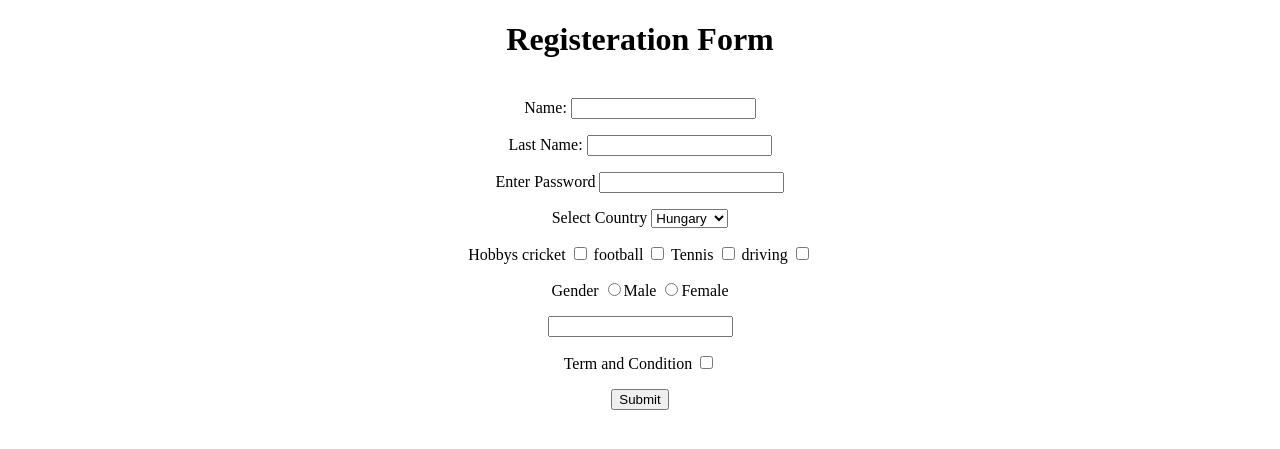
Repository: DevKhanHassam/SpringMvc
Page: http://localhost/formPractice/WEB-INF/views/form.jsp
An editor plug-in stored every save of this project. The page is shown before and after the next save, followed by the edit.
The browser window is 1280 px wide. The pictures show the whole page.
The page is served by Tomcat 9. Nobody is signed in. The template is opened directly, without the code that normally fills it, so the values that code supplies are empty.

Above is the page before, as saved 2024-05-18 16:14:10.

After the next save:
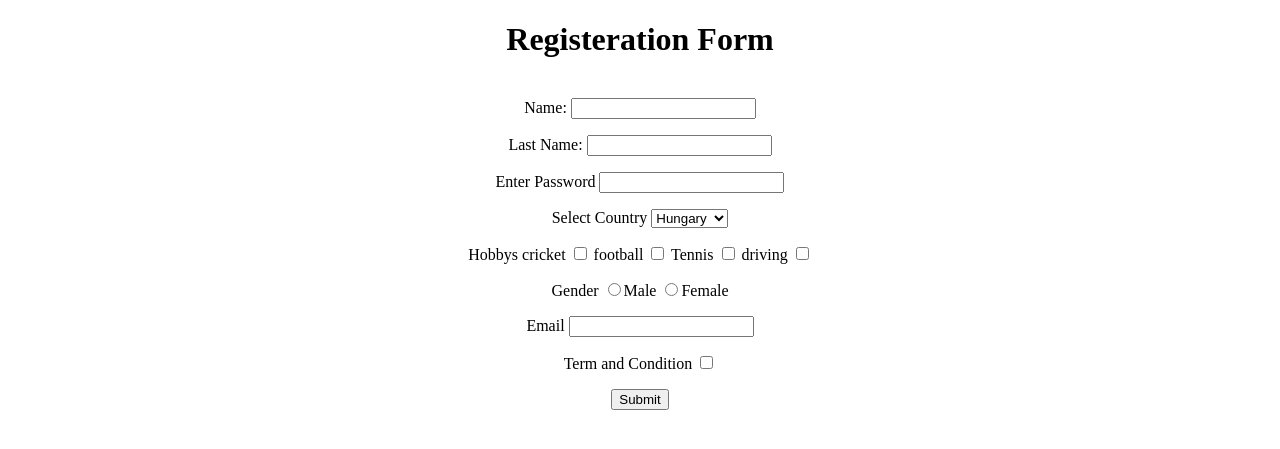
Saved 39 s later.
--- a/formPractice/src/main/webapp/WEB-INF/views/form.jsp
+++ b/formPractice/src/main/webapp/WEB-INF/views/form.jsp
@@ -73,7 +73,7 @@
 		      <form:errors path="gender" cssClass="error" ></form:errors>
 
 		      <p>
-
+		      <label>Email</label>
 		      <form:input path="commDto.email"/>
 
 
